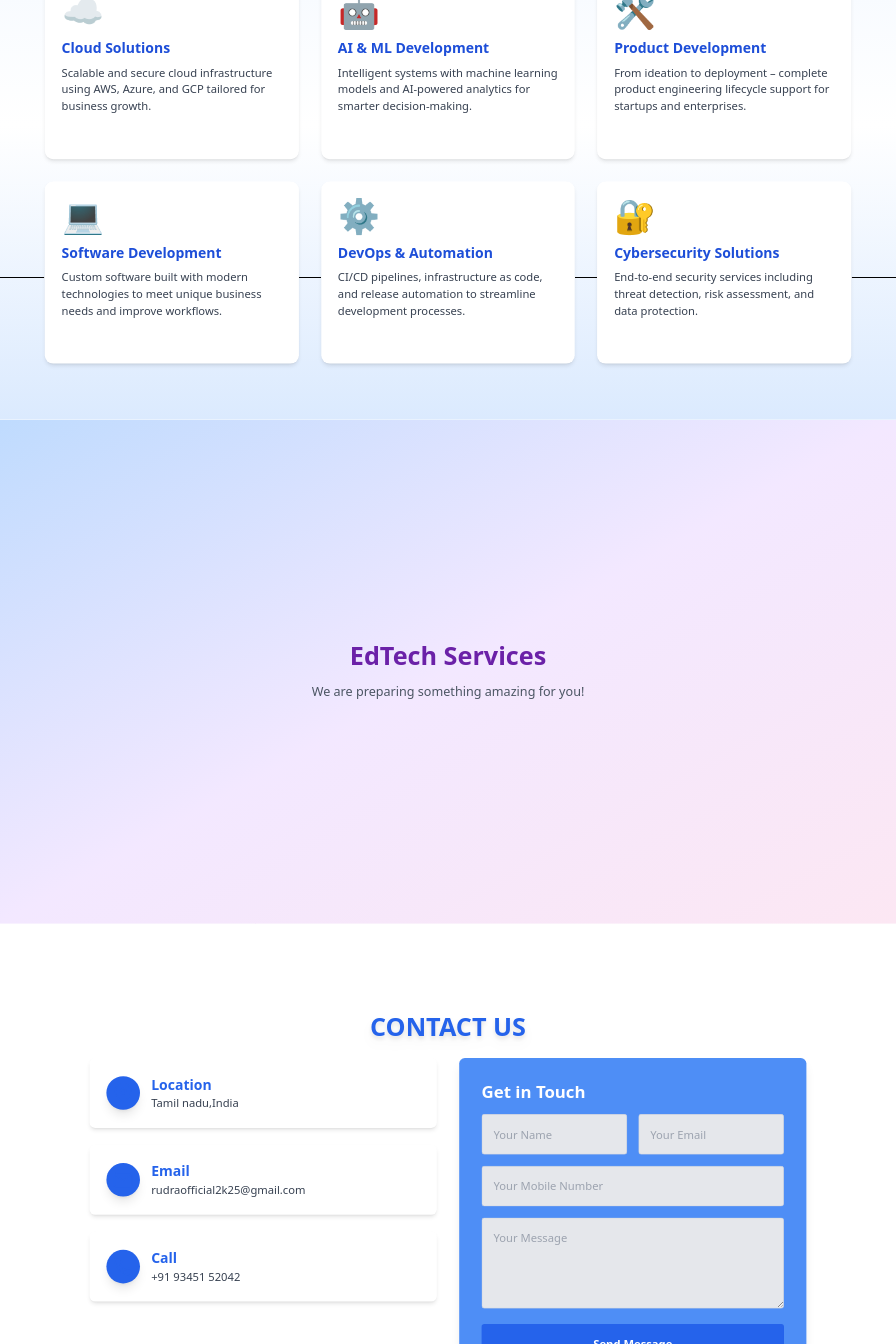
Repository: Rudra-Eswaran/Rudra_Official
Page: /
These files come from the project's save history. The page is drawn as it stood at one moment and after the next save; the edit follows.
The browser window is 1280 px wide. The pictures show the part of the page from y = 2509 to 4429 px (the page is 4832 px tall), at 70% of full size.
Some web libraries are served in a nearby version. The project was rebuilt for these pictures with package versions that can differ from the ones it lists, and the page was loaded fresh each time. Also part of the build but not shown: vite.config.js, src/components/Success.jsx, src/components/Failure.jsx.

Above is the page before, as saved 2025-04-16 21:10:14.

After the next save:
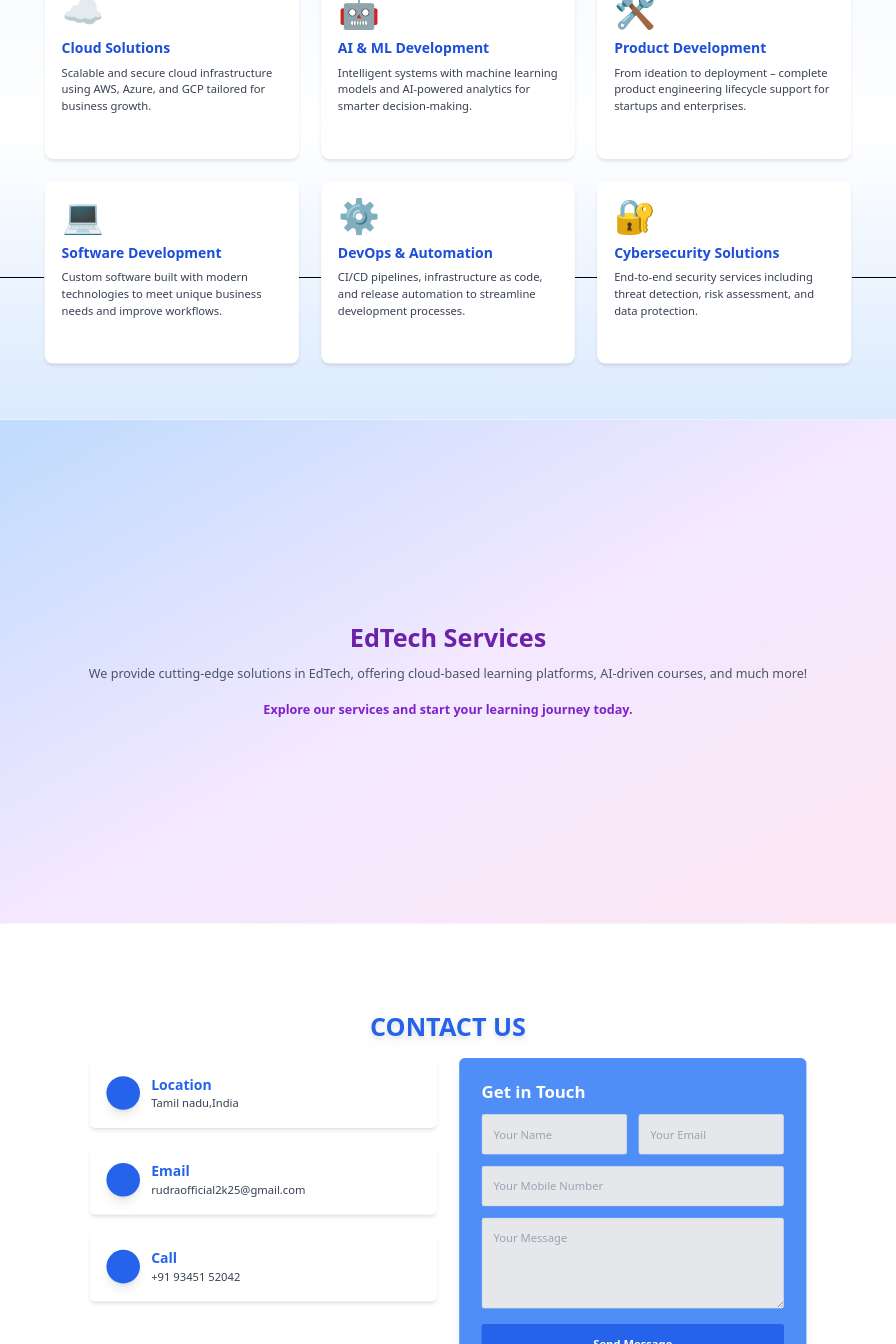
Saved 54 s later.
--- a/src/pages/Edtech.jsx
+++ b/src/pages/Edtech.jsx
@@ -1,6 +1,6 @@
 import React, { useEffect, useState } from "react";
 import AOS from "aos";
-import "aos/dist/aos.css";
+import "aos/dist/aos.css"; // Make sure AOS CSS is imported
 
 const Edtech = () => {
   const [isLoading, setIsLoading] = useState(true);
@@ -8,13 +8,13 @@
   useEffect(() => {
     // Initialize AOS
     AOS.init({
-      duration: 1000, // Adjust animation duration
-      once: false, // Keep animation active on re-entry
-      mirror: true, // Mirror animation when scrolling back
-      offset: 100, // Set the offset for triggering animation
+      duration: 1000, // Animation duration in milliseconds
+      once: false, // Animation will re-trigger when scrolling back into view
+      mirror: true, // Mirror the animation when scrolling back
+      offset: 100, // Offset for the trigger point
     });
 
-    // Simulating loading for 2 seconds (You can replace this with your actual loading logic)
+    // Simulating loading for 2 seconds
     setTimeout(() => {
       setIsLoading(false);
     }, 2000);
@@ -25,9 +25,8 @@
   return (
     <section
       className="w-full h-screen flex items-center justify-center bg-gradient-to-br from-blue-200 via-purple-100 to-pink-100 relative"
-      data-aos="fade-up" // Animation trigger for the section
     >
-      {/* Displaying Loading State */}
+      {/* Loading Screen */}
       {isLoading ? (
         <div className="absolute flex flex-col items-center justify-center space-y-4">
           {/* Preloader Spinner */}
@@ -35,9 +34,21 @@
           <p className="text-lg text-gray-800 font-semibold">Processing...</p>
         </div>
       ) : (
-        <div className="text-center">
-          <h1 className="text-4xl font-semibold text-purple-800">EdTech Services</h1>
-          <p className="text-lg text-gray-600 mt-4">We are preparing something amazing for you!</p>
+        <div className="text-center" data-aos="fade-up">
+          {/* Main Content */}
+          <h1 className="text-4xl font-semibold text-purple-800 mb-4">
+            EdTech Services
+          </h1>
+          <p className="text-lg text-gray-600 mt-2" data-aos="fade-up" data-aos-delay="200">
+            We provide cutting-edge solutions in EdTech, offering cloud-based learning platforms, AI-driven courses, and much more!
+          </p>
+          <div
+            className="mt-6 text-lg font-semibold text-purple-700"
+            data-aos="fade-up"
+            data-aos-delay="400"
+          >
+            Explore our services and start your learning journey today.
+          </div>
         </div>
       )}
     </section>
